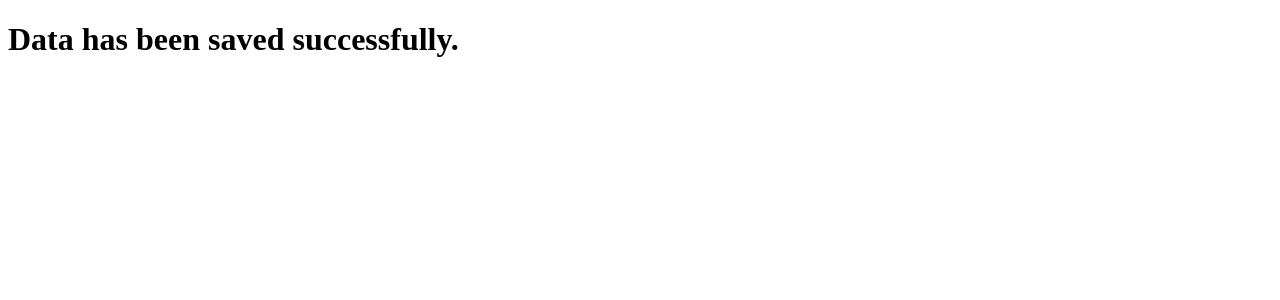
Repository: gorakhyadav006/01_MiniProject_ReportGenration
Page: http://localhost/01_REPORT_APP/search.jsp
The author's editor kept a copy of each file at every save. The page is drawn from the files as they stood at one save, then again after the next save.
The browser window is 1280 px wide. The pictures show the whole page.
The page is served by Tomcat 9.

Above is the page before, as saved 2025-02-27 00:05:34.

After the next save:
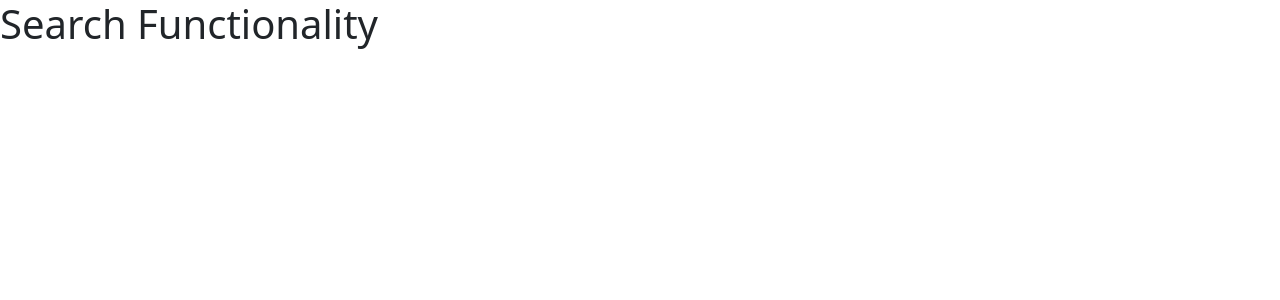
Saved 5 min 55 s later.
--- a/01_REPORT_APP/src/main/webapp/search.jsp
+++ b/01_REPORT_APP/src/main/webapp/search.jsp
@@ -5,11 +5,14 @@
 <!DOCTYPE html>
 <html>
 <head>
-<meta charset="UTF-8">
+<meta charset="utf-8">
+    <meta name="viewport" content="width=device-width, initial-scale=1">
+    <title>Bootstrap demo</title>
+    <link href="https://cdn.jsdelivr.net/npm/bootstrap@5.3.3/dist/css/bootstrap.min.css" rel="stylesheet" integrity="sha384-QWTKZyjpPEjISv5WaRU9OFeRpok6YctnYmDr5pNlyT2bRjXh0JMhjY6hW+ALEwIH" crossorigin="anonymous">
 <title>Insert title here</title>
 </head>
 <body>
 
-<h1>Data has been saved successfully.</h1>
+<h1>Search Functionality </h1>
 </body>
 </html>
